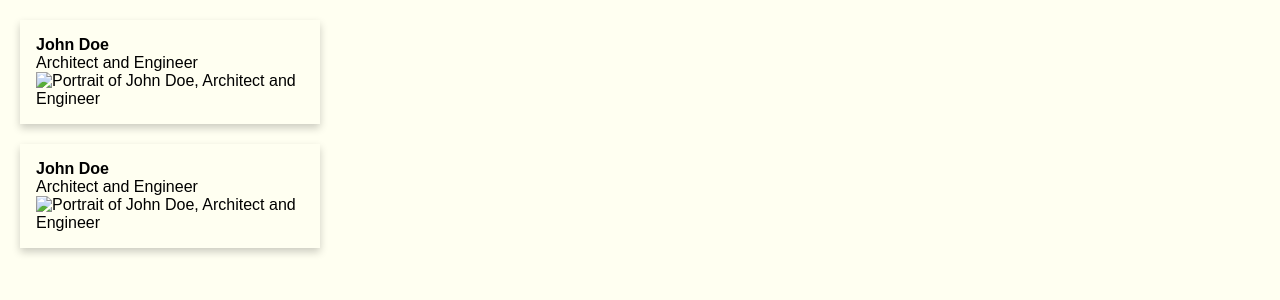
Repository: Muskan1Kumari4draw/React-app-with-concept
Page: /
The author's editor kept a copy of each file at every save. The page is drawn from the files as they stood at one save, then again after the next save.
The browser window is 1280 px wide. The pictures show the whole page.
The project was rebuilt for these pictures with package versions that can differ from the ones it lists, and the page was loaded fresh each time.

Above is the page before, as saved 2024-09-29 15:11:50.

### src/App.js
import React from 'react';
import Restaurant from  "./component/Basic/Restaurant";
const App = () => {
  return <Restaurant/> ;
};

export default App

### src/component/Basic/Restaurant.js
import React from 'react';
import "./style.css";
import data from './restaurant.json'
const Restaurant = () => {
  return (
    <>
    {
        data.map((area,index) =>{
        return (
<div className="card" key ={index}>
        <div className="container">
          <span className="card-title"><b>John Doe</b></span>
          <p className="description">Architect and Engineer</p>
          <img  alt="Portrait of John Doe, Architect and Engineer" />
        </div>
      <div>
      </div>
      </div>
        )})
        }



    </>
  );
};

export default Restaurant;

### src/component/Basic/style.css
* {
  margin: 0;
  padding: 0;
  box-sizing: border-box;
}

body {
  background: rgb(255, 255, 241);
  font-family: Arial, sans-serif;
}

/* Navbar Styling */
.navbar {
  margin: auto;
  background: #fff;
  height: 50px;
  box-shadow: 0 4px 8px 0 rgba(0, 0, 0, 0.2);
  display: flex;
  justify-content: center;
  align-items: center;
}

.menu-nav {
  display: flex;
  justify-content: center;
}

.navbar a {
  color: #333;
  text-align: center;
  padding: 14px 16px;
  text-decoration: none;
  font-size: 17px;
  margin: auto;
}

/* Card Styling */
.card {
  box-shadow: 0 4px 8px 0 rgba(0, 0, 0, 0.2);
  transition: 0.3s;
  width: 300px;
  height: auto;
  margin: 20px;
}

.card:hover {
  box-shadow: 0 8px 16px 0 rgba(0, 0, 0, 0.2);
}

.container {
  padding: 16px;
}

.container img {
  width: 100%;
  height: auto;
  display: block;
}

.section-div {
  display: flex;
  flex-wrap: wrap;
  justify-content: center;
  align-items: center;
}

/* Responsive Media Queries */
@media screen and (max-width: 768px) {
  /* Stack the navbar links vertically on small screens */
  .navbar {
    flex-direction: column;
    height: auto;
  }

  .menu-nav {
    flex-direction: column;
  }

  .navbar a {
    padding: 10px;
    font-size: 15px;
    margin: 5px 0;
  }

  /* Adjust card layout on small screens */
  .card {
    width: 90%;
    margin: 10px;
  }

  /* Adjust font size and padding */
  .container {
    padding: 10px;
  }
}

@media screen and (max-width: 480px) {
  /* Further adjustments for very small screens */
  .navbar a {
    font-size: 14px;
    padding: 8px;
  }

  .card {
    width: 100%;
    margin: 10px;
  }

  .container h4 {
    font-size: 18px;
  }

  .container p {
    font-size: 14px;
  }
}  * {
      margin: 0;
      padding: 0;
      box-sizing: border-box;
    }

    body {
      background: rgb(255, 255, 241);
      font-family: Arial, sans-serif;
    }

    /* Navbar Styling */
    .navbar {
      margin: auto;
      background: #fff;
      height: 50px;
      box-shadow: 0 4px 8px 0 rgba(0, 0, 0, 0.2);
      display: flex;
      justify-content: center;
      align-items: center;
    }

    .menu-nav {
      display: flex;
      justify-content: center;
    }

    .navbar a {
      color: #333;
      text-align: center;
      padding: 14px 16px;
      text-decoration: none;
      font-size: 17px;
      margin: auto;
    }

    /* Card Styling */
    .card {
      box-shadow: 0 4px 8px 0 rgba(0, 0, 0, 0.2);
      transition: 0.3s;
      width: 300px;
      height: auto;
      margin: 20px;
    }

    .card:hover {
      box-shadow: 0 8px 16px 0 rgba(0, 0, 0, 0.2);
    }

    .container {
      padding: 16px;
    }

    .container img {
      width: 100%;
      height: auto;
      display: block;
    }

    .section-div {
      display: flex;
      flex-wrap: wrap;
      justify-content: center;
      align-items: center;
    }

    /* Responsive Media Queries */
    @media screen and (max-width: 768px) {
      /* Stack the navbar links vertically on small screens */
      .navbar {
        flex-direction: column;
        height: auto;
      }

      .menu-nav {
        flex-direction: column;
      }

      .navbar a {
        padding: 10px;
        font-size: 15px;
        margin: 5px 0;
      }

      /* Adjust card layout on small screens */
      .card {
        width: 90%;
        margin: 10px;
      }

      /* Adjust font size and padding */
      .container {
        padding: 10px;
      }
    }

    @media screen and (max-width: 480px) {
      /* Further adjustments for very small screens */
      .navbar a {
        font-size: 14px;
        padding: 8px;
      }

      .card {
        width: 100%;
        margin: 10px;
      }

      .container h4 {
        font-size: 18px;
      }

      .container p {
        font-size: 14px;
      }
    }

### src/component/Basic/restaurant.json
[
  {
    "Id":1,
    "city": "Mumbai",
    "Monuments": "Gateway of India",
    "Description": "The Gateway of India is a 26-meter (85-foot) tall arch monument in Mumbai, India that was built to commemorate the visit of King George V and Queen Mary in 1911"
  },
  {
    "Id":2,
    "city": "Delhi",
    "Monuments": "Red Fort",
    "Description": "Red Fort Known for its architectural splendor, it is primarily constructed from red sandstone and marble, hence its name. The fort's construction began in 1639 and took nearly a decade. Originally known as 'Qila-i-Mubarak', it was later renamed Red Fort."
  }
]

Loaded but not shown: public/index.html (common file); src/index.js (common file); src/reportWebVitals.js (common file)

After the next save:
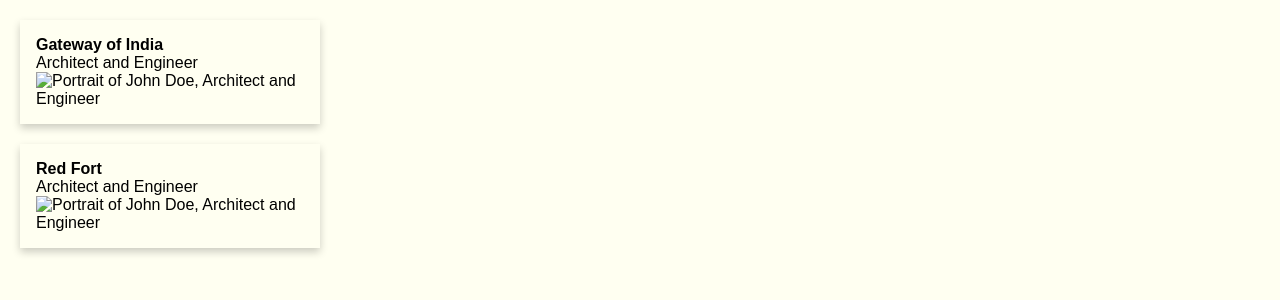
Saved 30 s later.
--- a/src/component/Basic/Restaurant.js
+++ b/src/component/Basic/Restaurant.js
@@ -9,7 +9,7 @@
         return (
 <div className="card" key ={index}>
         <div className="container">
-          <span className="card-title"><b>John Doe</b></span>
+          <span className="card-title"><b>{area.Monuments}</b></span>
           <p className="description">Architect and Engineer</p>
           <img  alt="Portrait of John Doe, Architect and Engineer" />
         </div>
